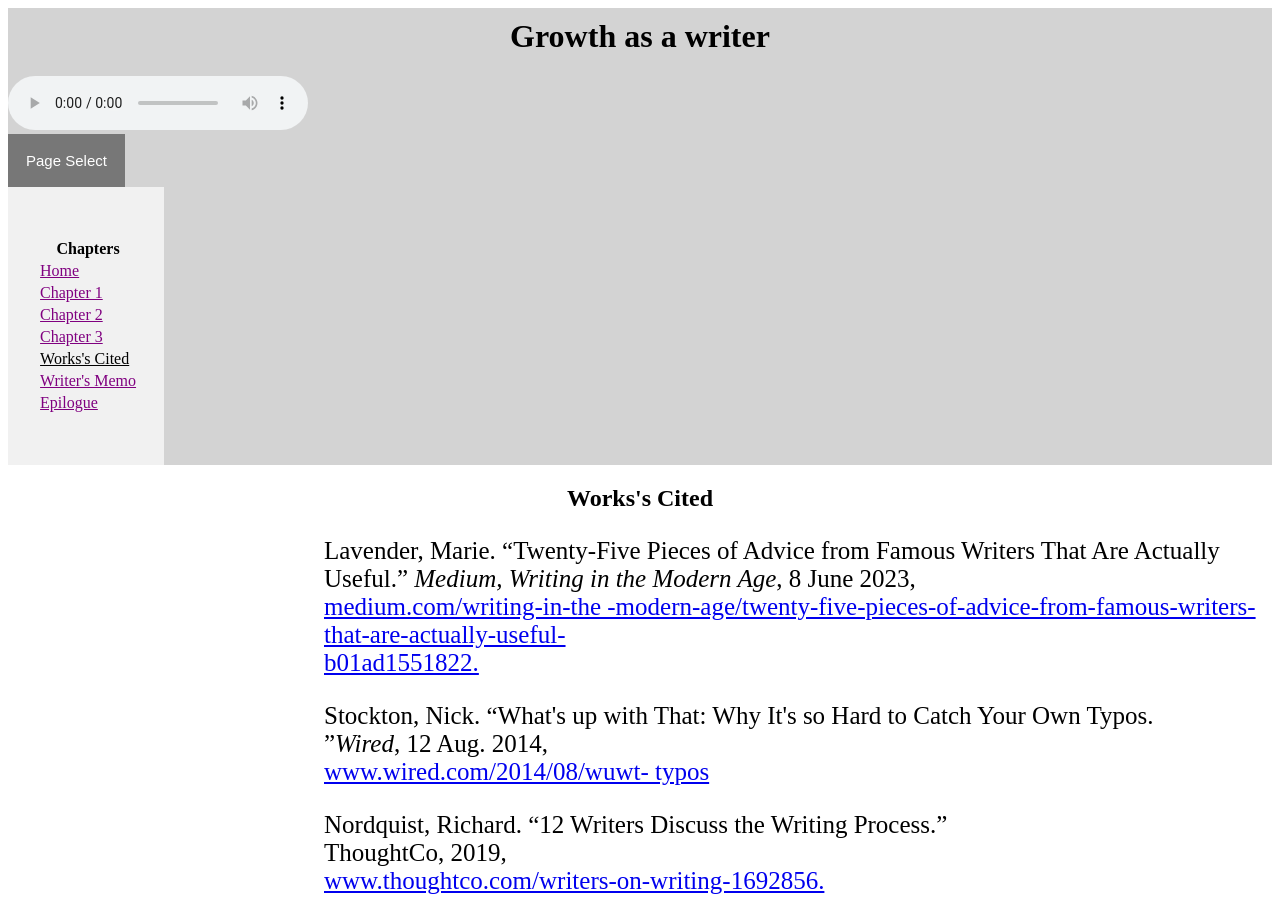
Repository: jpaisiem/WP-4
Page: WorksCited.html
An editor plug-in stored every save of this project. The page is shown before and after the next save, followed by the edit.
The browser window is 1280 px wide. The pictures show the whole page.

Above is the page before, as saved 2025-05-01 12:53:58.
Console error: TypeError: Cannot read properties of undefined (reading 'toggle')

After the next save:
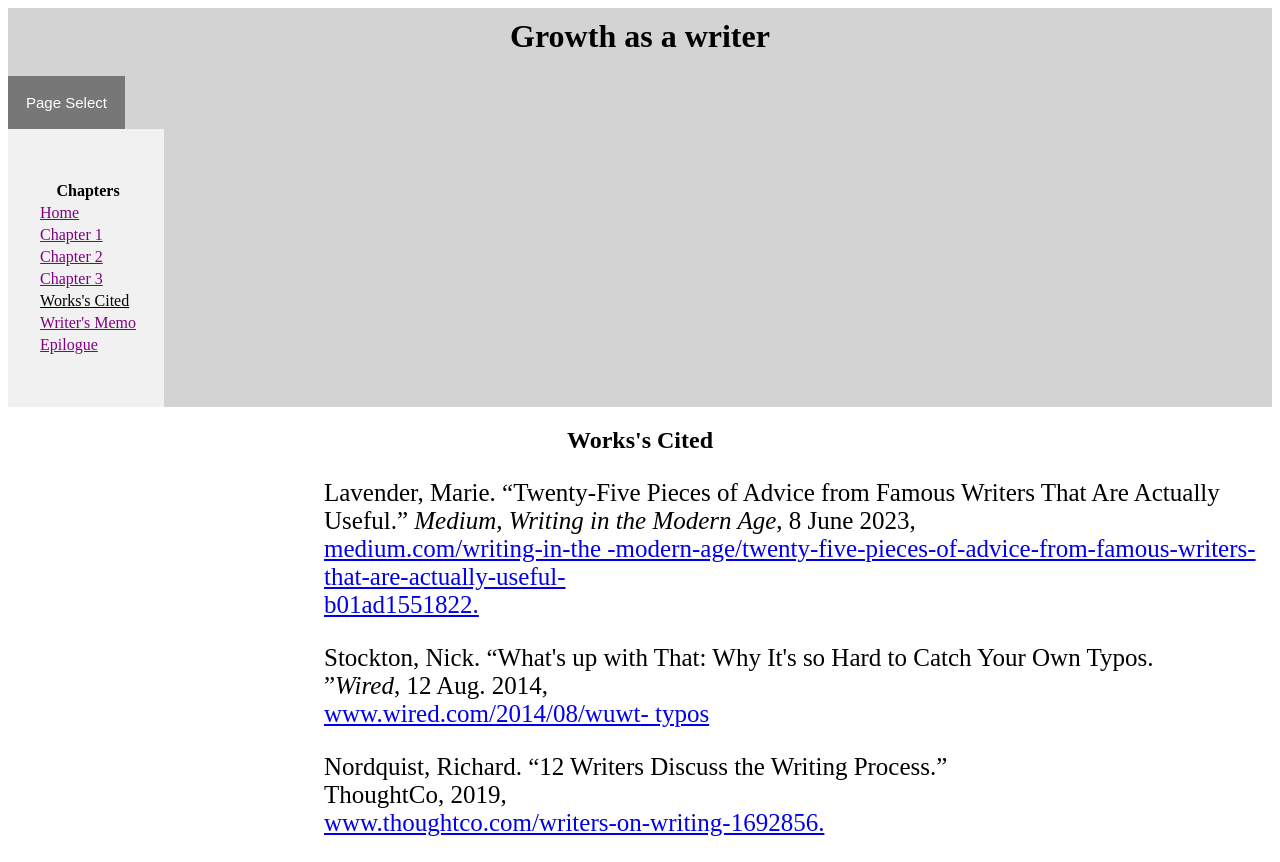
Saved 77 s later.
--- a/WorksCited.html
+++ b/WorksCited.html
@@ -49,9 +49,6 @@ li
     <div style="background-color: lightgray; display: flex; flex-direction: column; margin-top: 0%;">
         <h1 style="text-align: center; background-color: lightgray; padding-top: 10px; margin-top: 0%;">Growth as a writer</h1>
         <div style="align-items: center;">
-        <audio controls>
-            <source src="audio.mp3" type="audio/mpeg">
-        </audio>
         </div>
 <button type="button" class="collapsible">Page Select</button>
 <div class="content">
